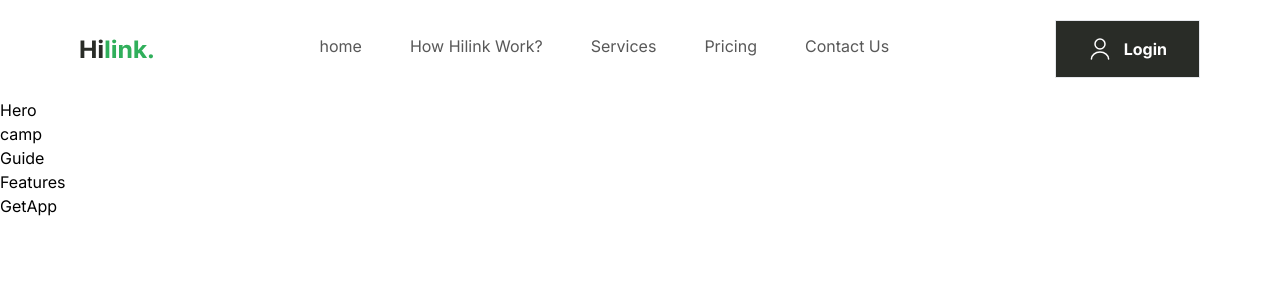
Repository: abdulrahmanmahmood/Travel-App
Page: /
An editor plug-in stored every save of this project. The page is shown before and after a run of saves, followed by the edit.
The browser window is 1280 px wide. The pictures show the whole page.
The project was rebuilt for these pictures with package versions that can differ from the ones it lists, and the page was loaded fresh each time. The framework's server and built-in components were replaced by stand-ins that run in the browser. Also part of the build but not shown: next.config.js.

Above is the page before, as saved 2023-11-01 13:52:27.

### app/layout.tsx
import './globals.css'
import type { Metadata } from 'next';
import './globals.css'
import Navbar from '@/components/Navbar';


export const metadata: Metadata = {
  title: 'Travel',
  description: 'Travel UI/UX App for camping',
}

export default function RootLayout({
  children,
}: {
  children: React.ReactNode
}) {
  return (
    <html lang="en">
      <body >
        <Navbar/>
        {children}
      </body>
    </html>
  )
}

### app/page.tsx
import Features from "@/components/Features"
import GetApp from "@/components/GetApp"
import Guide from "@/components/Guide"
import Hero from "@/components/Hero"
import Camp from "@/components/camp"

export default function Home() {
  return (
    <>
    <Hero/>
    <Camp/>
    <Guide/>
    <Features/>
    <GetApp/>
 </>
  )
}

### components/Navbar.tsx
import { NAV_LINKS } from "@/constants";
import Image from "next/image";
import Link from "next/link";
import Button from "./Button";

const Navbar = () => {
  return (
    <nav
      className=" flexBetween max-container padding-container relative z-30
    py-5"
    >
      <Link href="/">
        <Image src="/hilink-logo.svg" alt="logo" width={74} height={28} />
      </Link>
      <ul className="hidden h-full gap-12 lg:flex">
        {NAV_LINKS.map((link) => (
          <Link
            href={link.href}
            key={link.key}
            className="regular-16 text-gray-50 flexCenter cursor-pointer pb-1.5 transition-all hover:font-bold"
          >
            {link.label}
          </Link>
        ))}
      </ul>
      <div className="lg:flexCenter  hidden ">
        <Button
          type="button"
          title="Login"
          icon="/user.svg"
          variant="btn_dark_green"
        />
      </div>
      <Image
        src="/menu.svg"
        alt="menu"
        width={32}
        height={32}
        className="inline-block cursor-pointer lg:hidden"
      />
    </nav>
  );
};

export default Navbar;

### components/Features.tsx


function Features() {
  return (
    <div>Features</div>
  )
}

export default Features

### components/GetApp.tsx


function GetApp() {
  return (
    <div>GetApp</div>
  )
}

export default GetApp

### components/Guide.tsx


function Guide() {
  return (
    <div>Guide</div>
  )
}

export default Guide

### components/Hero.tsx


function Hero() {
  return (
    <div>Hero</div>
  )
}

export default Hero

### components/camp.tsx


function camp() {
  return (
    <div>camp</div>
  )
}

export default camp

### constants/index.ts
export const NAV_LINKS = [
  {href:"/", key:"home", label:"home"},
  { href: '/', key: 'how_hilink_work', label: 'How Hilink Work?' },
  { href: '/', key: 'services', label: 'Services' },
  { href: '/', key: 'pricing ', label: 'Pricing ' },
  { href: '/', key: 'contact_us', label: 'Contact Us' },
]

### components/Button.tsx
import Image from "next/image";

type ButtonProps ={
  type:'button'| 'submit';
  title:string;
  icon?:string;
  variant:'btn_dark_green'

}


function Button({type, title, icon, variant}: ButtonProps) {
  return (
    <button type={type} className={`flexCenter gap-3 roudned-full border ${variant}`}>

      {icon && <Image src={icon} alt={title} width={24} height={24}/>}
      <label className="bold-16 whitespace-nowrap">{title}</label>
    </button>
  )
}

export default Button

Loaded but not shown: app/globals.css (common file); tailwind.config.ts (common file)

After the next 3 saves:
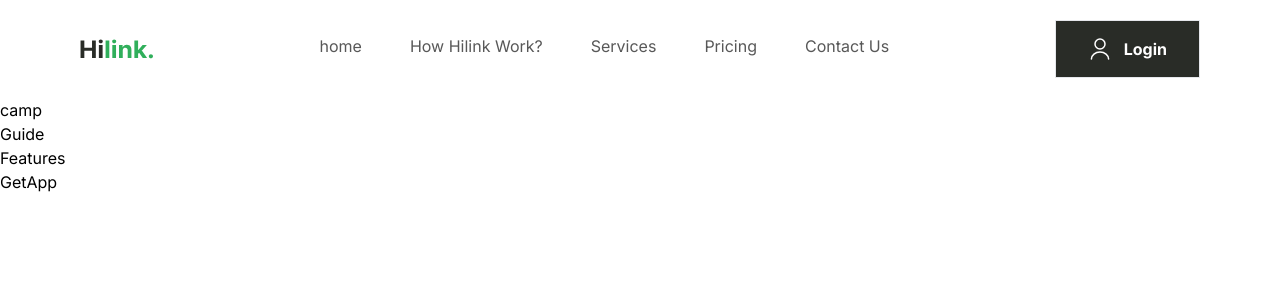
The 3 saves are shown as one change because 1 did not build or start and some came seconds apart.
The last was saved 45 s later.
--- a/components/Hero.tsx
+++ b/components/Hero.tsx
@@ -1,8 +1,9 @@
 
 
 function Hero() {
-  return (
-    <div>Hero</div>
+  return (<section>
+
+  </section>
   )
 }
 
